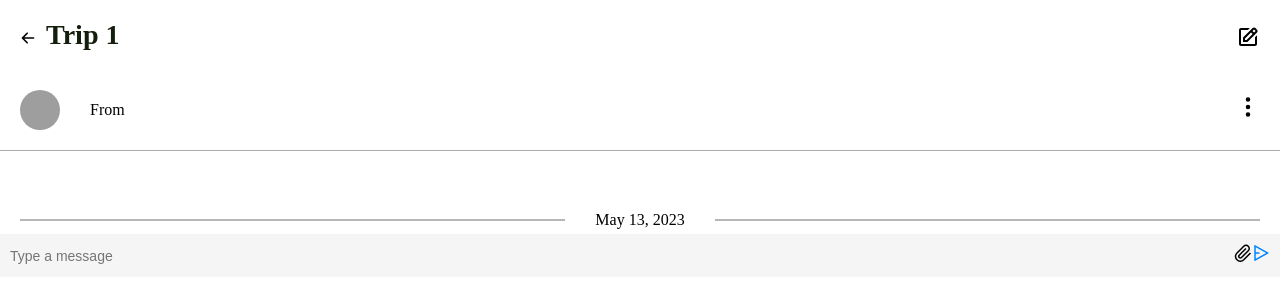
Repository: Abhi2359/PWA_Corider
Page: /
These files come from the project's save history. The page is drawn as it stood at one moment and after the next save; the edit follows.
The browser window is 1280 px wide. The pictures show the whole page.
Pictures or frames that could not be fetched are drawn as grey boxes. The page's requests for data from a server got no answer. The project was rebuilt for these pictures with package versions that can differ from the ones it lists, and the page was loaded fresh each time. No one was signed in, and anything a server would have sent is missing. Also part of the build but not shown: vite.config.js, src/Chat.css, src/Chat.jsx.

Above is the page before, as saved 2023-05-13 14:13:49.

After the next save:
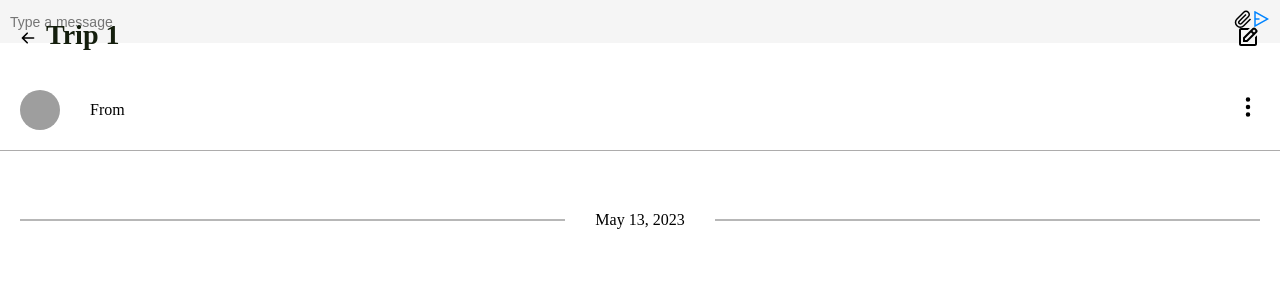
Saved 5 s later.
--- a/src/App.jsx
+++ b/src/App.jsx
@@ -53,11 +53,11 @@ function App() {
                 ))}
             </ul>
             {isLoading && <p>Loading...</p>}
-            <ChatInput />
           </div>
         </div>
         <div className="footer">
           <footer>
+            <ChatInput />
 
           </footer>
         </div>
